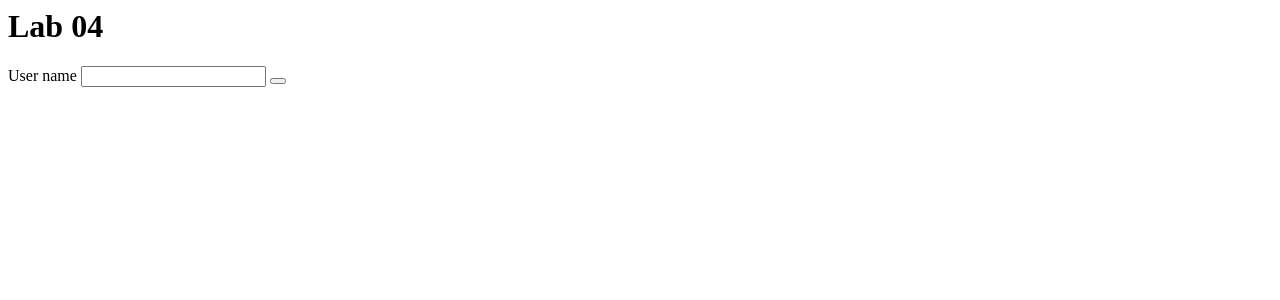
Repository: LuongPTCE181311/learning_typeScript_topic_1
Page: chapter06/Lab04/lab04.html
The author's editor kept a copy of each file at every save. The page is drawn from the files as they stood at one save, then again after a run of saves.
The browser window is 1280 px wide. The pictures show the whole page.

Above is the page before, as saved 2025-12-02 12:55:31.

### chapter06/Lab04/lab04.html
<html lang="en">
<head>
    <meta charset="UTF-8">
    <meta name="viewport" content="width=device-width, initial-scale=1.0">
    <title>Document</title>
</head>
<body>
    <h1>Lab 04</h1>
    <div>
        <span>User name</span>
        <input id="input"/>
        <button id="submit"></button>
    </div>
    <script src="lab04.js"></script>
</body>
</html>

Loaded but not shown: chapter06/Lab04/lab04.js (no stored copy; drawn as an empty file)

After the next 2 saves:
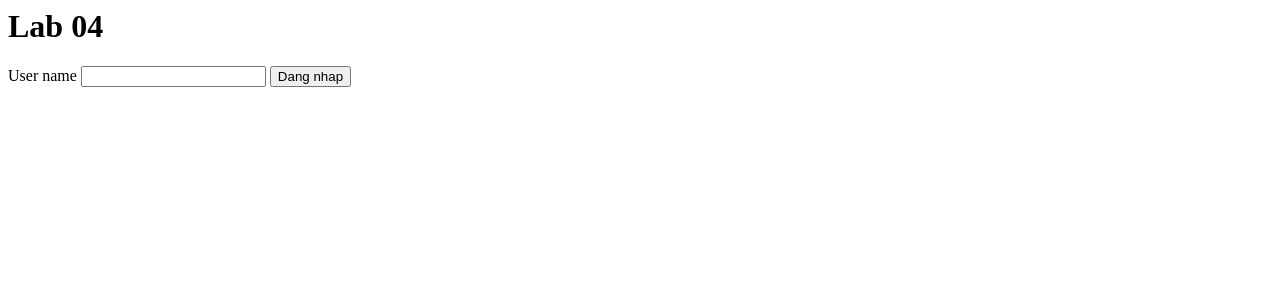
The 2 saves are shown as one change because they came seconds apart.
The last was saved 6 s later.
--- a/chapter06/Lab04/lab04.html
+++ b/chapter06/Lab04/lab04.html
@@ -9,7 +9,7 @@
     <div>
         <span>User name</span>
         <input id="input"/>
-        <button id="submit"></button>
+        <button id="submit">Dang nhap</button>
     </div>
     <script src="lab04.js"></script>
 </body>
